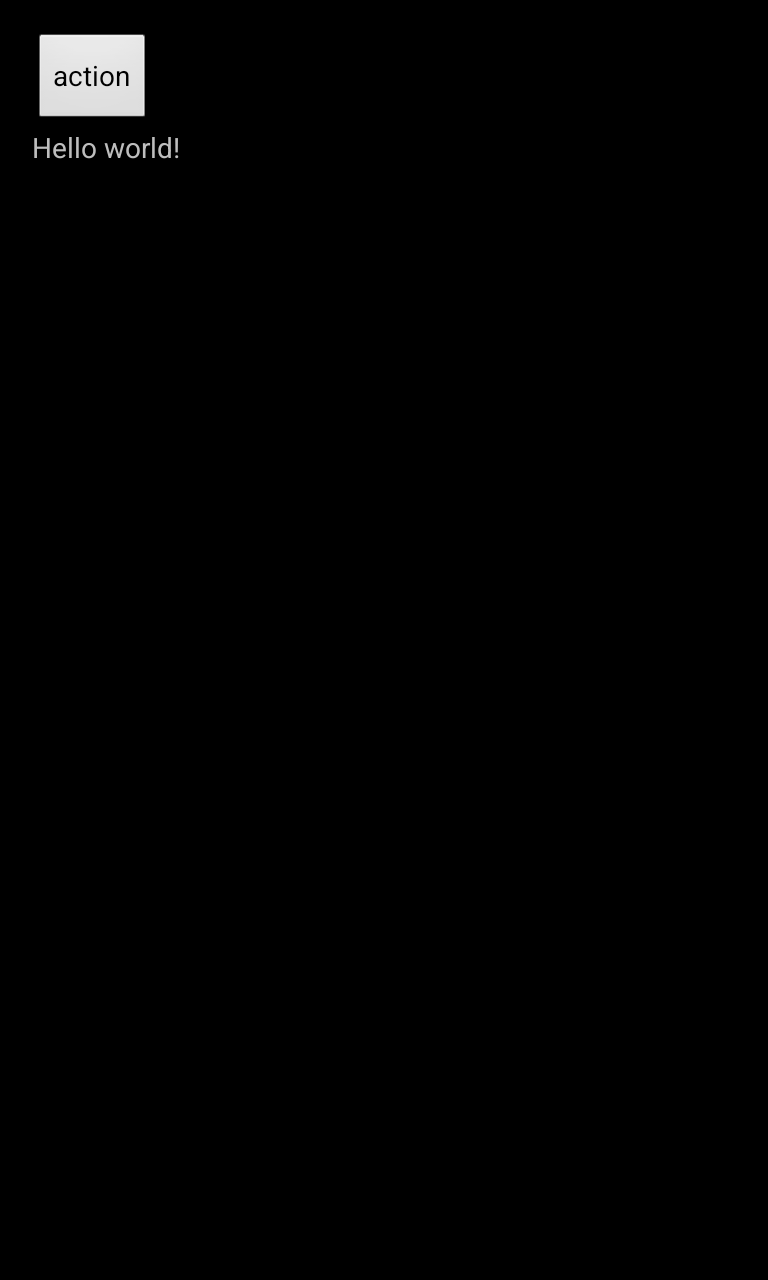
Repository: pancho1313/practica2tests
Layout: MyOrientation/res/layout/activity_my_orientation_test.xml
The author's editor kept a copy of each file at every save. The layout is drawn from the files as they stood at one save, then again after the next save.
It is drawn on a 768 x 1280 px phone screen (xhdpi) without system bars, with theme android:Theme.NoTitleBar.Fullscreen; the app's code is not run.

Above is the layout before, as saved 2014-01-10 15:09:55.

After the next save:
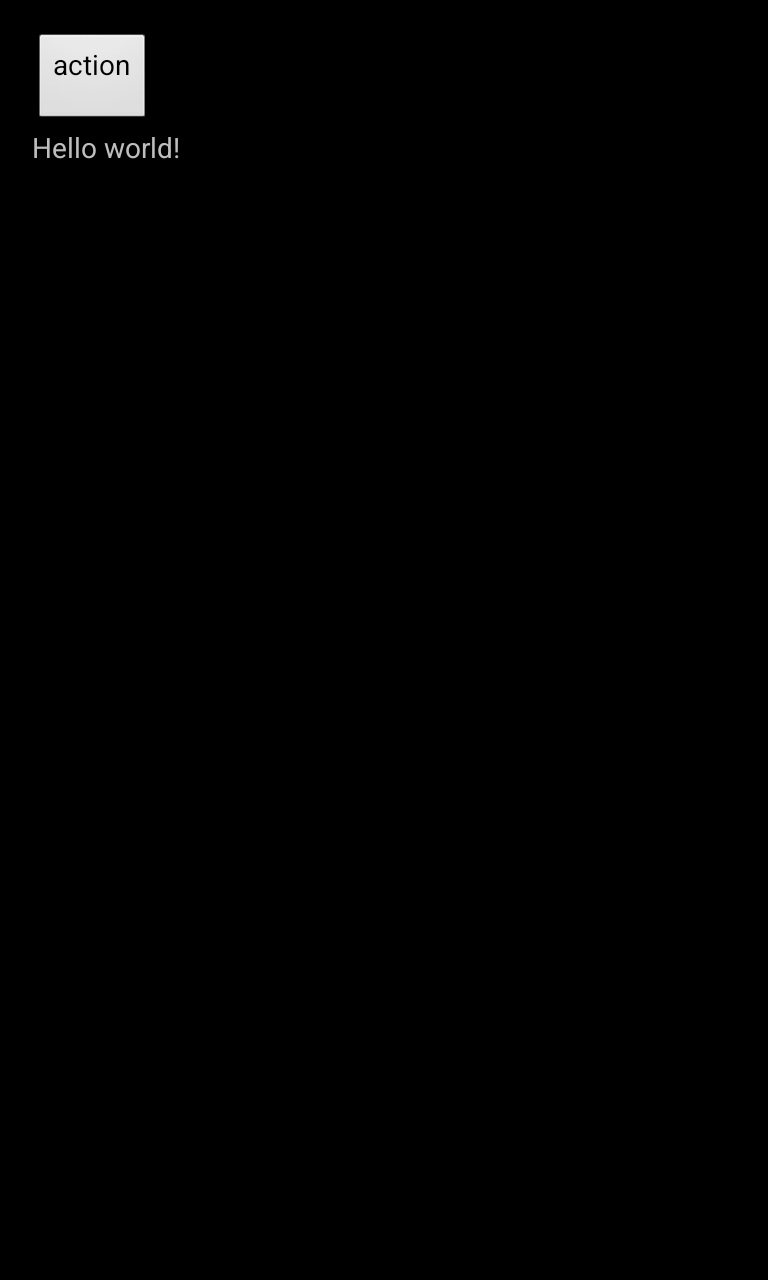
Saved 27 min 16 s later.
--- a/MyOrientation/res/layout/activity_my_orientation_test.xml
+++ b/MyOrientation/res/layout/activity_my_orientation_test.xml
@@ -13,8 +13,9 @@
         android:id="@+id/actionButton"
         android:layout_width="wrap_content"
         android:layout_height="wrap_content"
+        android:onClick="action"
         android:text="@string/action"
-        android:onClick="action" />
+        android:gravity="right" />
 
     <TextView
         android:id="@+id/vals"
